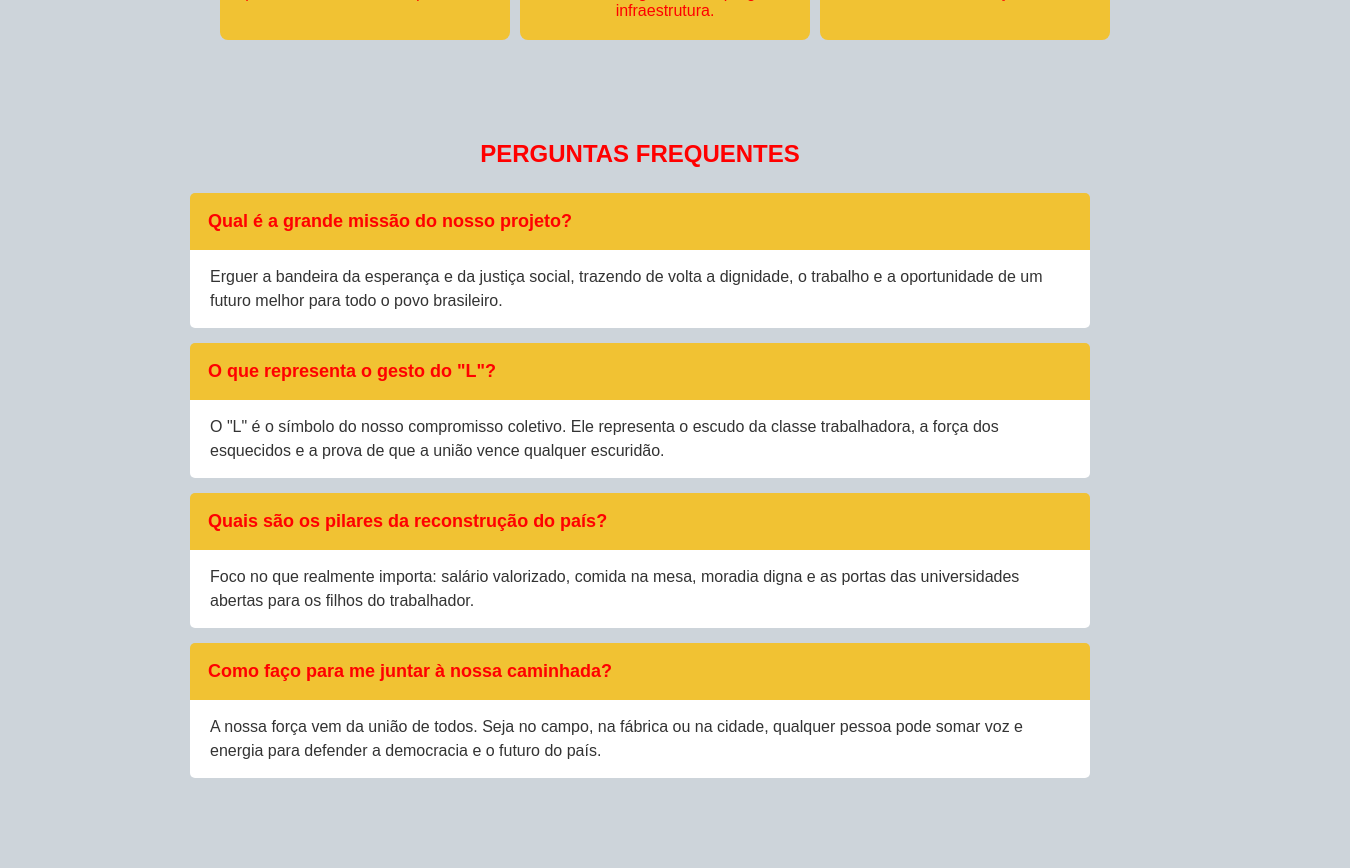
Repository: antonymsantana-design/second.revision
Page: html/html.html
An editor plug-in stored every save of this project. The page is shown before and after the next save, followed by the edit.
The browser window is 1280 px wide. The page is 1350 px wide, so the pictures cover 1350 px, including what lies to the right of the window. The pictures show the part of the page from y = 2024 to 2892 px (the page is 3019 px tall before and 2707 px after).

Above is the page before, as saved 2026-09-05 22:26:41.

### html/html.html
<!doctype html>
<html lang="pt-br">
  <head>
    <meta charset="UTF-8" />
    <meta name="viewport" content="width=device-width, initial-scale=1.0" />
    <title>avaliação</title>
    <link rel="stylesheet" href="../css/css.css" />
    <script src="../js/js.js" defer></script>
  </head>
  <header>
    <div class="conteudoH" id="conteudoH">
      <div class="imagem" id="imagem">
        <img
          src="../IMAGENS/partido-dos-trabalhadores-pt.png"
          alt="logo"
          class="logoIMG"
          id="logoIMG"
        />
      </div>
      <div class="links" id="links">
        <a href="#" class="aLinks">EXPERIÊNCIAS</a>
        <a href="#" class="aLinks">PROJETOS</a>
        <a href="#" class="aLinks">SOBRE</a>
      </div>
      <div class="btnDiv" id="btnDiv">
        <button class="btn" id="btn">
          <div class="btnTxt" id="btnTxt">
            <p>contrate-nos</p>
          </div>
        </button>
      </div>
    </div>
  </header>

  <body>
    <div class="conteudo">
      <div class="texto">
        <h1 class="faça_o_l">FAÇA O L</h1>
        <br />
        <h1 class="imediatamente">IMEDIATAMENTE</h1>
      </div>
    </div>

    <div class="cards">
      <div class="card">
        <div class="imagemCard">
          <img src="../IMAGENS/fazoL.webp" alt="ptzão" />
        </div>
        <div class="textoC">
          <p>
            O L desenhado pelas mãos do povo é o nosso escudo estampado no
            peito, o brasão de uma nação que recusou o fim e escolheu se
            reconstruir. Assim como os maiores símbolos de proteção, ele traz a
            força indomável dos esquecidos, a coragem da classe trabalhadora e o
            abraço que resgata a dignidade de cada família. Fazer o L não é
            apenas um gesto: é a armadura invisível da justiça, a poesia de quem
            luta sem medo e a prova viva de que a esperança sempre vence
            qualquer escuridão.
          </p>
        </div>
      </div>

      <div class="card">
        <div class="imagemCard">
          <img src="../IMAGENS/Design sem nome.png" alt="ptzão" />
        </div>
        <div class="textoC">
          <p>
            A reconstrução do Brasil é a nossa maior batalha vitoriosa, o
            compromisso sagrado de honrar quem ergue este país com as próprias
            mãos. É o salário que volta a ter valor de arma contra a miséria, o
            prato cheio que alimenta a dignidade e a porta da universidade
            aberta para o filho do trabalhador. Erguemos de volta a estrutura de
            uma nação soberana, provando que quando a força do povo se levanta,
            nenhuma injustiça é capaz de ficar em pé.
          </p>
        </div>
      </div>

      <div class="card">
        <div class="imagemCard">
          <img src="../IMAGENS/Design sem nome (1).png" alt="ptzão" />
        </div>
        <div class="textoC">
          <p>
            Nossa verdadeira força nunca esteve em batalhas solitárias, mas no
            exército invencível de milhões de corações alinhados. É o povo
            organizado no campo, na fábrica e na periferia, formando uma
            barreira inabalável em defesa da liberdade e do futuro. Estar juntos
            é carregar o juramento de não deixar ninguém para trás. Somos a
            guarda permanente do país, os guardiões da justiça social e a prova
            de que a nossa união é o maior poder da Terra.
          </p>
        </div>
      </div>
    </div>

    <div class="cardsV">
      <div class="video">
        <video autoplay loop muted playsinline>
          <source src="../video/video1.mp4" type="video/mp4" />
        </video>
      </div>
      <div class="video">
        <video autoplay loop muted playsinline>
          <source src="../video/video2.mp4" type="video/mp4" />
        </video>
      </div>
      <div class="video">
        <video autoplay loop muted playsinline>
          <source src="../video/video3.mp4" type="video/mp4" />
        </video>
      </div>
    </div>

    <div class="galery">
      <div class="btnfiltro">
        <button class="btn-filtro" data-categoria="todos">Todas</button>
        <button class="btn-filtro" data-categoria="social">Social</button>
        <button class="btn-filtro" data-categoria="educacao">Educação</button>
        <button class="btn-filtro" data-categoria="economia">Economia</button>
      </div>

      <div class="cards-galeria">
        <div class="card-item" data-categoria="social">
          <h3>Bolsa Família</h3>
          <p>
            Garantia de renda e combate direto à extrema pobreza em todo o país.
          </p>
        </div>

        <div class="card-item" data-categoria="social">
          <h3>Minha Casa Minha Vida</h3>
          <p>Acesso à moradia digna para milhões de famílias brasileiras.</p>
        </div>

        <div class="card-item" data-categoria="educacao">
          <h3>Prouni e FIES</h3>
          <p>Inclusão de jovens da classe trabalhadora no ensino superior.</p>
        </div>

        <div class="card-item" data-categoria="educacao">
          <h3>Expansão de IFFs</h3>
          <p>
            Criação dos Institutos Federais para ensino técnico de qualidade.
          </p>
        </div>

        <div class="card-item" data-categoria="economia">
          <h3>PAC</h3>
          <p>
            Programa de Aceleração do Crescimento gerando empregos e
            infraestrutura.
          </p>
        </div>

        <div class="card-item" data-categoria="economia">
          <h3>Valorização do Salário</h3>
          <p>Aumento real do salário mínimo acima da inflação.</p>
        </div>
      </div>
    </div>

    <div class="crd-container">
      <h2 class="crd-titulo">PERGUNTAS FREQUENTES</h2>

      <div class="crd-item">
        <button class="crd-pergunta">
          Qual é a grande missão do nosso projeto?
        </button>
        <div class="crd-resposta">
          <p>
            Erguer a bandeira da esperança e da justiça social, trazendo de
            volta a dignidade, o trabalho e a oportunidade de um futuro melhor
            para todo o povo brasileiro.
          </p>
        </div>
      </div>

      <div class="crd-item">
        <button class="crd-pergunta">O que representa o gesto do "L"?</button>
        <div class="crd-resposta">
          <p>
            O "L" é o símbolo do nosso compromisso coletivo. Ele representa o
            escudo da classe trabalhadora, a força dos esquecidos e a prova de
            que a união vence qualquer escuridão.
          </p>
        </div>
      </div>

      <div class="crd-item">
        <button class="crd-pergunta">
          Quais são os pilares da reconstrução do país?
        </button>
        <div class="crd-resposta">
          <p>
            Foco no que realmente importa: salário valorizado, comida na mesa,
            moradia digna e as portas das universidades abertas para os filhos
            do trabalhador.
          </p>
        </div>
      </div>

      <div class="crd-item">
        <button class="crd-pergunta">
          Como faço para me juntar à nossa caminhada?
        </button>
        <div class="crd-resposta">
          <p>
            A nossa força vem da união de todos. Seja no campo, na fábrica ou na
            cidade, qualquer pessoa pode somar voz e energia para defender a
            democracia e o futuro do país.
          </p>
        </div>
      </div>
    </div>

    <div class="modal-overlay" id="modalContato">
      <div class="modal-box">
        <span id="btnClose" class="close-btn">X</span>
        <h2 class="modal-title">FALE CONOSCO</h2>

        <form id="formContato">
          <div class="input-group">
            <label for="nome">Nome</label>
            <input type="text" id="nome" required />
          </div>
          <div class="input-group">
            <label for="email">E-mail</label>
            <input type="email" id="email" required />
          </div>
          <div class="input-group">
            <label for="Assunto">Assunto</label>
            <input type="text" id="assunto" required />
          </div>
          <div class="input-group">
            <label for="mensagem">mensagem</label>
            <textarea id="mensagem" rows="4" required></textarea>
          </div>

          <button type="submit" class="btn-enviar" id="enviar">ENVIAR</button>
        </form>
      </div>
    </div>
  </body>
  <footer>
    <div class="cima">
      <div class="esquerda">
        <h3>NAVEGAÇÃO RAPIDA</h3>
        <h4 class="btnTopo" id="btnTopo">⬆️ voltar ao topo</h4>
      </div>
      <div class="direita">
        <h3>CONTATOS</h3>
        <a href="">presidencia@pt.org.br</a> <br />
        <a href="">antonymsantana@gmail.com</a>
      </div>
    </div>
    <div class="baixo">
      <h4>© 1313 site do melhor partido. Todos os direitos rezervados</h4>
    </div>
  </footer>
</html>

### css/css.css
* {
  padding: 0px;
  margin: 0px;
  font-family: Arial, Helvetica, sans-serif;
}

body {
  background-color: rgb(205, 212, 218);
}

header {
  background-color: #f1c233;
  height: 110px;
  border-bottom: red solid 3px;
}

.conteudoH {
  display: flex;
  justify-content: space-between;
  padding-right: 100px;
  align-items: center;
}

.imagem {
  margin-left: 20px;
  margin-top: 5px;
}

.logoIMG {
  width: 100px;
  height: 100px;
}

.links {
  display: flex;
  gap: 20px;
  justify-content: center;
  padding-right: 130px;
}

.links a {
  text-decoration: none;
  color: red;
  transition: 0.5s ease;
}

.aLinks:hover {
  transform: translateY(-5px);
  box-shadow: 0 4px 10px rgba(0, 0, 0, 0.15);
  background-color: red;
  color: #f1c233;
  border-radius: 5px;
  width: 120px;
  height: 30px;
  display: flex;
  justify-content: center;
  align-items: center;
}

.btnDiv {
  display: flex;
}

.btn {
  display: flex;
  justify-content: center;
  width: 120px;
  height: 70px;
  background-color: red;
  border: none;
  color: white;
  align-items: center;
  border-radius: 8px;
  transition: 0.3s ease;
  cursor: pointer;
}

.btn:hover {
  transform: translateY(-5px);
  box-shadow: 0 8px 15px rgba(255, 0, 0, 0.4);
}

.conteudo {
  background-image: url(../IMAGENS/maxresdefault.jpg);
  background-repeat: no-repeat;
  background-size: cover;
  background-position: center;
  height: 100vh;
}

.texto {
  padding-top: 250px;
  padding-left: 100px;
  font-size: 40px;
}

.faça_o_l {
  color: #f1c233;
}

.imediatamente {
  color: red;
}

.cards {
  display: flex;
  justify-content: space-around;
  margin-top: 20px;
}

.card {
  background-color: #f1c233;
  height: 500px;
  width: 430px;
  border-radius: 10px;
  display: flex;
  justify-content: center;
  align-items: center;
  position: relative;
  transition: 0.3s ease;
}

.card:hover {
  transform: translateY(-10px);
  box-shadow: 0 12px 25px rgba(0, 0, 0, 0.3);
  background-color: red;
}

.imagemCard {
  width: 300px;
  height: 300px;
  position: absolute;
  top: 50%;
  left: 50%;
  transform: translate(-50%, -50%);
  transition: 0.3s ease;
}

.imagemCard img {
  width: 100%;
  transition: 0.3s ease;
}

.card:hover img {
  opacity: 0;
}

.textoC {
  color: #f1c233;
  text-align: center;
  justify-content: center;
  align-items: center;
  font-size: 20px;
  display: flex;
  height: 500px;
  width: 430px;
  padding: 20px;
  box-sizing: border-box;
}

.cardsV {
  display: flex;
  justify-content: space-around;
  margin-top: 90px;
}

.cardsV video {
  width: 450px;
  border-radius: 10px;
  padding-bottom: 55px;
  transition: 0.3s ease;
}

.cardsV video:hover {
  transform: translateY(-8px);
}

.modal-overlay {
  position: fixed;
  top: 0;
  left: 0;
  width: 100vw;
  height: 100vh;
  background-color: rgba(0, 0, 0, 0.65);
  display: none;
  justify-content: center;
  align-items: center;
  z-index: 9999;
}

.modal-overlay.active {
  display: flex;
}

.modal-box {
  background-color: #f1c233;
  width: 90%;
  max-width: 420px;
  padding: 30px 25px;
  position: relative;
  box-shadow: 0 8px 20px rgba(0, 0, 0, 0.3);
  border-radius: 5px;
}

.close-btn {
  position: absolute;
  top: 12px;
  right: 20px;
  font-size: 26px;
  color: red;
  cursor: pointer;
  font-weight: bold;
  transition: 0.3s ease;
}

.close-btn:hover {
  transform: scale(1.2);
}

.modal-title {
  text-align: center;
  margin-bottom: 20px;
  color: red;
}

.input-group {
  display: flex;
  flex-direction: column;
  margin-bottom: 12px;
}

.input-group label {
  font-size: 14px;
  font-weight: bold;
  color: red;
  margin-bottom: 4px;
}

.input-group input,
.input-group textarea {
  border: none;
  border-radius: 8px;
  padding: 10px;
  resize: vertical;
  outline: none;
  font-size: 14px;
}

.btn-enviar {
  display: block;
  margin: 20px auto 0 auto;
  background-color: red;
  color: white;
  border: none;
  padding: 10px 40px;
  border-radius: 20px;
  font-weight: bold;
  cursor: pointer;
  transition: 0.3s ease;
}

.btn-enviar:hover {
  transform: translateY(-3px);
  box-shadow: 0 5px 15px rgba(0, 0, 0, 0.2);
}

footer {
  background-color: #b71c1c;
  color: white;
  padding-top: 15px;
}

.cima {
  border-bottom: white 1px solid;
  padding-bottom: 10px;
  display: flex;
  justify-content: space-evenly;
}

.direita a {
  color: white;
  text-decoration: none;
  transition: 0.3s ease;
}

.direita a:hover {
  color: #f1c233;
}

.btnTopo {
  cursor: pointer;
  color: #f1c233;
  transition: 0.3s ease;
}

.btnTopo:hover {
  transform: translateY(-3px);
}

.baixo {
  text-align: center;
  padding: 10px 0;
}

.galery {
  padding-bottom: 20px;
}

.card-item {
  background-color: #f1c233;
  color: red;
  padding: 20px;
  border-radius: 8px;
  width: 250px;
  text-align: center;
  transition: 0.3s ease;
}

.btnfiltro {
  padding-bottom: 10px;
  display: flex;
  justify-content: center;
  gap: 10px;
}

.card-item:hover {
  transform: translateY(-5px);
  box-shadow: 0 5px 15px rgba(0, 0, 0, 0.2);
}

.btn-filtroT {
  background-color: #f1c233;
  color: white;
  border: none;
  padding: 10px 20px;
  border-radius: 5px;
  cursor: pointer;
  font-weight: bold;
  transition: 0.3s ease;
}

.btn-filtro {
  background-color: red;
  color: white;
  border: none;
  padding: 10px 20px;
  border-radius: 5px;
  cursor: pointer;
  font-weight: bold;
  transition: 0.3s ease;
}

.btn-filtro.trocarCor {
  background-color: #f1c233;
  color: white;
}

.btn-filtro:hover {
  background-color: #b71c1c;
  transform: translateY(-2px);
}

.cards-galeria {
  display: grid;
  justify-content: center;
  grid-template-columns: repeat(3, 240px);
  gap: 60px;
}

.card-item.escondido {
  display: none;
}

.crd-container {
  max-width: 900px;
  margin: 60px auto;
  padding: 20px;
}

.crd-titulo {
  text-align: center;
  color: red;
  margin-bottom: 25px;
}

.crd-item {
  margin-bottom: 15px;
}

.crd-pergunta {
  width: 100%;
  background-color: #f1c233;
  color: red;
  border: none;
  padding: 18px;
  text-align: left;
  font-size: 18px;
  font-weight: bold;
  cursor: pointer;
  border-radius: 5px 5px 0 0;
}

.crd-pergunta:hover {
  background-color: red;
  color: #f1c233;
}

.crd-resposta {
  max-height: 200px;
  overflow: hidden;
  background-color: white;
  transition: 0.4s ease;
  border-radius: 0 0 5px 5px;
}

.crd-resposta p {
  padding: 15px 20px;
  color: #333;
  line-height: 1.5;
}

.crd-item.ativo,
.crd-resposta.ativo {

  max-height: 200px;
}

### js/js.js
const modal = document.getElementById("modalContato");
const btnAbrir = document.getElementById("btn");
const btnFechar = document.getElementById("btnClose");
const enviar = document.getElementById("enviar");
const rolar = document.getElementById("btnTopo");

btnAbrir.onclick = function () {
  modal.classList.add("active");
};

btnFechar.onclick = function () {
  modal.classList.remove("active");
};

enviar.onclick = function () {
  window.alert("enviado com sucesso");
  modal.classList.remove("active");
};

rolar.onclick = function () {
  window.scrollTo({
    top: 0,
    behavior: "smooth",
  });
};

const botoes = document.querySelectorAll(".btn-filtro");
const cards = document.querySelectorAll(".card-item");

botoes.forEach((botao) => {
  botao.addEventListener("click", () => {
    const categoriaSelec = botao.getAttribute("data-categoria");
    cards.forEach((card) => {
      const categoriaCard = card.getAttribute("data-categoria");
      if (categoriaSelec === "todos" || categoriaSelec === categoriaCard) {
        card.classList.remove("escondido");
      } else {
        card.classList.add("escondido");
      }
    });
  });
});

const perguntas = document.querySelectorAll(".crd-pergunta");

perguntas.forEach((pergunta) => {
  pergunta.addEventListener("click", () => {
    const item = pergunta.parentElement;
    const resposta = item.querySelector(".crd-resposta");

    if (resposta.classList.contains("ativo")) {
      resposta.classList.remove("ativo");
    } else {
      resposta.classList.add("ativo");
    }
  });
});

After the next save:
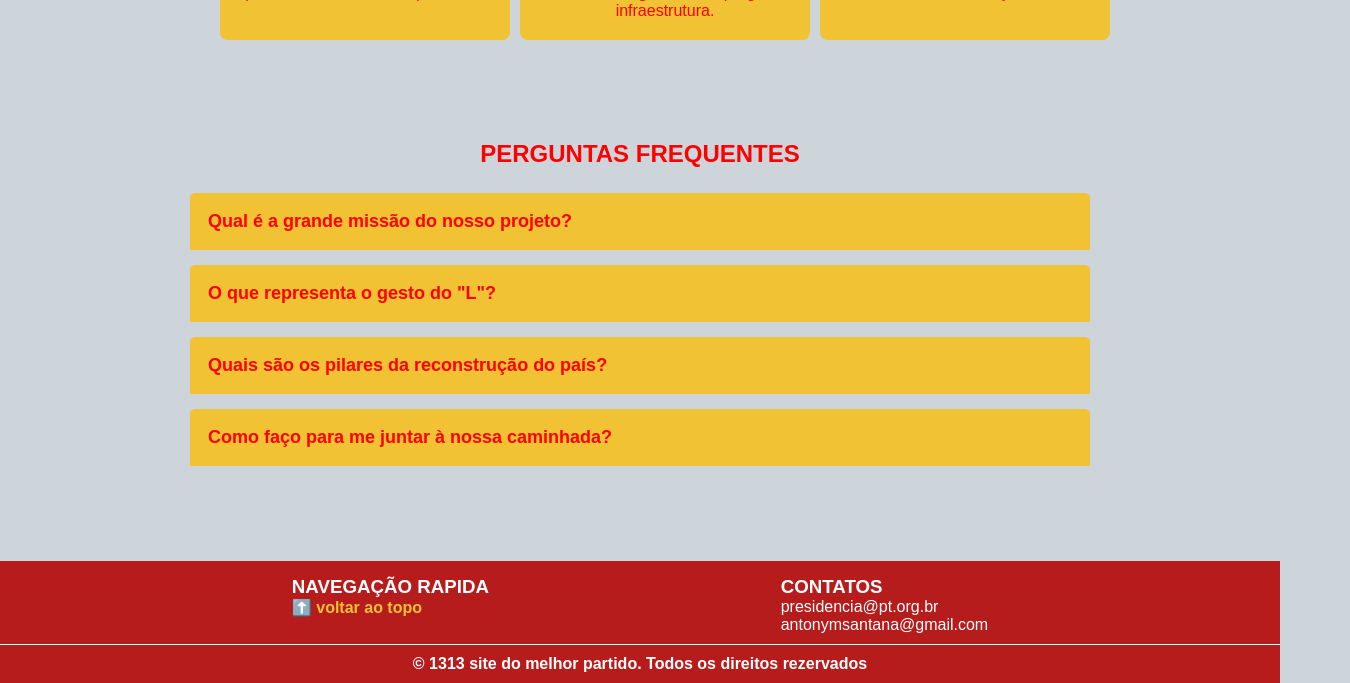
Saved 7 s later.
--- a/css/css.css
+++ b/css/css.css
@@ -406,7 +406,7 @@
 }
 
 .crd-resposta {
-  max-height: 200px;
+  max-height: 0;
   overflow: hidden;
   background-color: white;
   transition: 0.4s ease;
